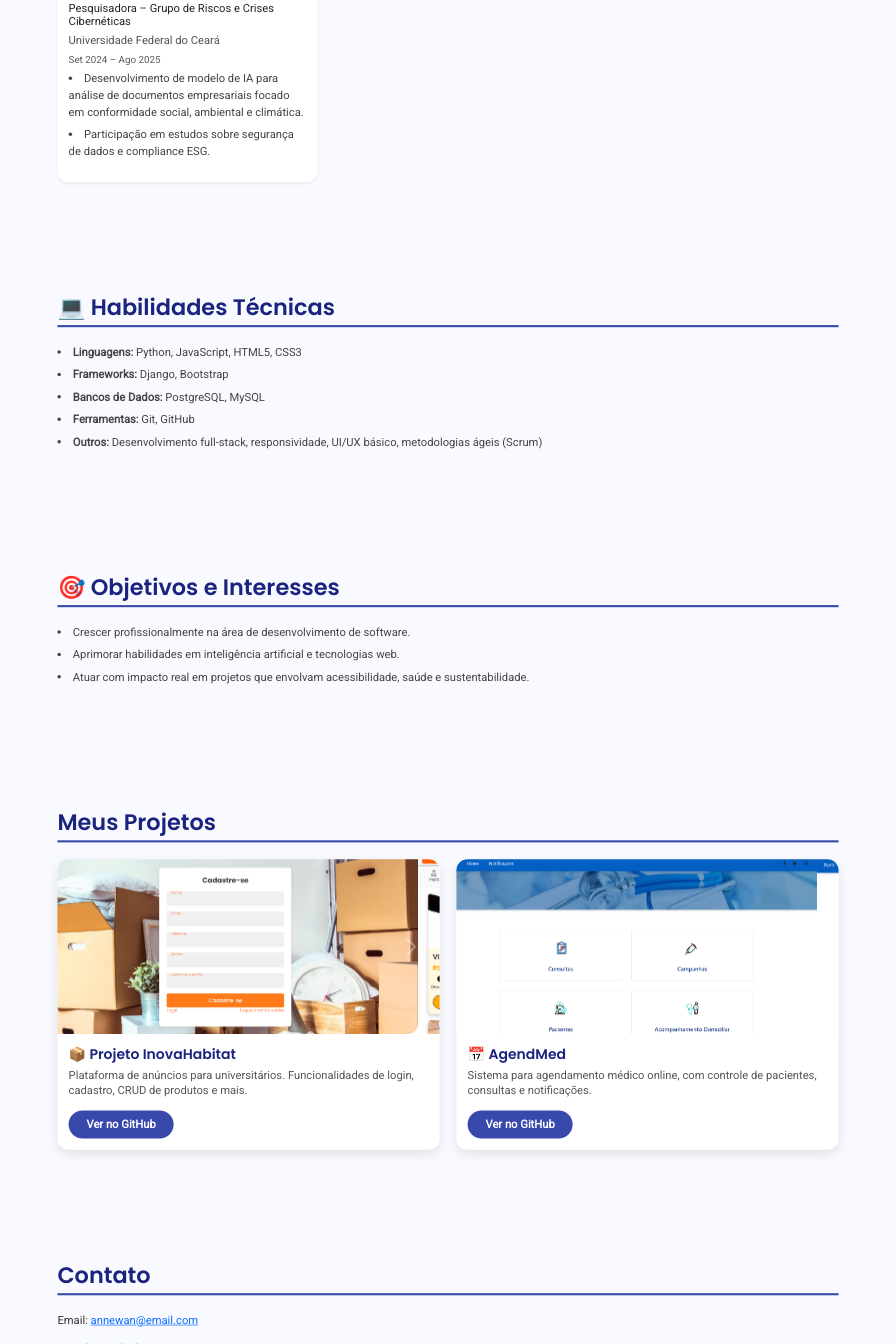
Repository: Suziane90/Portifolio
Page: index2.html
An editor plug-in stored every save of this project. The page is shown before and after the next save, followed by the edit.
The browser window is 1280 px wide. The pictures show the part of the page from y = 1068 to 2988 px (the page is 3188 px tall before and 4282 px after), at 70% of full size.

Above is the page before, as saved 2025-07-24 11:09:50.

### index2.html
<!DOCTYPE html>
<html lang="pt-br">

<head>
  <meta charset="UTF-8" />
  <meta name="viewport" content="width=device-width, initial-scale=1" />
  <title>Portfólio | Anne Wan</title>

  <!-- Bootstrap CSS -->
  <link href="https://cdn.jsdelivr.net/npm/bootstrap@5.3.0/dist/css/bootstrap.min.css" rel="stylesheet" />

  <!-- Google Fonts: Poppins e Roboto -->
  <link href="https://fonts.googleapis.com/css2?family=Poppins:wght@300;600&family=Roboto&display=swap" rel="stylesheet" />

  <style>
    /* Reset e fontes */
    body {
      font-family: 'Roboto', sans-serif;
      background: #f9faff;
      scroll-behavior: smooth;
      color: #333;
    }

    h1,
    h2,
    h3,
    h4,
    h5 {
      font-family: 'Poppins', sans-serif;
    }

    /* Navbar personalizada */
    .navbar-custom {
      background: #1a237e; /* azul escuro */
      box-shadow: 0 4px 12px rgb(26 35 126 / 0.3);
    }

    .navbar-custom .navbar-brand,
    .navbar-custom .nav-link {
      color: #ffffff;
      font-weight: 600;
    }

    .navbar-custom .nav-link:hover {
      color: #ffca28; /* amarelo suave */
    }

    /* Header */
    header {
      background: linear-gradient(135deg, #3949ab, #1a237e);
      color: #fff;
      padding: 6rem 1rem 4rem;
      text-align: center;
      box-shadow: 0 8px 25px rgb(26 35 126 / 0.4);
    }

    header h1 {
      font-size: 3.5rem;
      font-weight: 700;
      margin-bottom: 0.3rem;
    }

    header p {
      font-size: 1.25rem;
      font-weight: 400;
      letter-spacing: 1px;
      opacity: 0.85;
    }

    /* Seções */
    section {
      padding: 3rem 0 4rem;
    }

    section h2 {
      font-weight: 700;
      margin-bottom: 1.5rem;
      border-bottom: 3px solid #3949ab;
      padding-bottom: 0.4rem;
      color: #1a237e;
    }

    /* Cards dos projetos */
    .card {
      border-radius: 1rem;
      box-shadow: 0 6px 15px rgb(0 0 0 / 0.1);
      transition: transform 0.3s ease, box-shadow 0.3s ease;
      overflow: hidden;
    }

    .card:hover {
      transform: translateY(-10px);
      box-shadow: 0 15px 30px rgb(0 0 0 / 0.15);
    }

    .card-body h5 {
      font-weight: 700;
      color: #1a237e;
    }

    .card-body p {
      color: #555;
      line-height: 1.4;
    }

    .btn-primary {
      background-color: #3949ab;
      border: none;
      font-weight: 600;
      padding: 0.5rem 1.6rem;
      border-radius: 50px;
      transition: background-color 0.3s ease;
    }

    .btn-primary:hover {
      background-color: #1a237e;
    }

    /* Carousel */
    .carousel-inner img {
      border-bottom-left-radius: 1rem;
      border-bottom-right-radius: 1rem;
      height: 250px;
      object-fit: cover;
      user-select: none;
    }

    /* Listas e textos */
    ul {
      list-style: disc inside;
      padding-left: 0;
      color: #444;
    }

    ul li {
      margin-bottom: 0.5rem;
      font-size: 1rem;
    }

    /* Footer */
    footer {
      background-color: #1a237e;
      color: #eee;
      padding: 1rem 0;
      text-align: center;
      font-size: 0.9rem;
      letter-spacing: 1px;
    }

    /* Espaçamento entre seções no mobile */
    @media (max-width: 767px) {
      header h1 {
        font-size: 2.5rem;
      }

      header p {
        font-size: 1rem;
      }

      .carousel-inner img {
        height: 200px;
      }
    }
  </style>
</head>

<body>

  <!-- Navbar -->
  <nav class="navbar navbar-expand-md navbar-custom fixed-top shadow-sm">
    <div class="container">
      <a class="navbar-brand" href="#">Anne Wan</a>
      <button class="navbar-toggler" type="button" data-bs-toggle="collapse" data-bs-target="#navMenu" aria-controls="navMenu"
        aria-expanded="false" aria-label="Alternar navegação">
        <span class="navbar-toggler-icon" style="filter: invert(1);"></span>
      </button>
      <div class="collapse navbar-collapse" id="navMenu">
        <ul class="navbar-nav ms-auto gap-3">
          <li class="nav-item"><a class="nav-link" href="#sobre">Sobre</a></li>
          <li class="nav-item"><a class="nav-link" href="#experiencia">Experiência</a></li>
          <li class="nav-item"><a class="nav-link" href="#habilidades">Habilidades</a></li>
          <li class="nav-item"><a class="nav-link" href="#objetivos">Objetivos</a></li>
          <li class="nav-item"><a class="nav-link" href="#projetos">Projetos</a></li>
          <li class="nav-item"><a class="nav-link" href="#contato">Contato</a></li>
        </ul>
      </div>
    </div>
  </nav>

  <!-- Header -->
  <header>
    <div class="container">
      <h1>Anne Wan</h1>
      <p>Desenvolvedora Web | Estudante de ADS</p>
    </div>
  </header>

  <main class="container my-5">

    <!-- Sobre Mim -->
    <section id="sobre" class="mb-5">
      <h2>Sobre Mim</h2>
      <p>
        Sou estudante de Análise e Desenvolvimento de Sistemas, dedicada e sempre em busca de aprimoramento contínuo. Tenho uma forte base em desenvolvimento web full-stack, e gosto de encarar desafios com seriedade e criatividade.
      </p>
    </section>

    <!-- Experiência & Formação -->
    <section id="experiencia" class="mb-5">
      <h2>Experiência & Formação</h2>

      <div class="mb-4">
        <h5><strong>Suziane Brandão Andrade</strong></h5>
        <p>📍 Itapajé – CE | 📧 <a href="mailto:suzianebrandao980@gmail.com" class="link-primary">suzianebrandao980@gmail.com</a> | 📞 (85) 99422-3336</p>
      </div>

      <div class="col-md-4">
      <div class="card shadow-sm h-100 border-0">
        <div class="card-body">
          <h5 class="card-title fw-bold">🎓 Formação Acadêmica</h5>
          <p class="card-text mb-0"><strong>Tecnologia em Análise e Desenvolvimento de Sistemas</strong></p>
          <p class="card-text mb-0">Universidade Federal do Ceará – Campus Itapajé</p>
          <p class="card-text"><small class="text-muted">Período: Em andamento</small></p>
        </div>
      </div>
    </div>

          <!-- Experiência -->
    <div class="col-md-4">
      <div class="card shadow-sm h-100 border-0">
        <div class="card-body">
          <h5 class="card-title fw-bold"> Experiência em Projetos e Pesquisa</h5>

          <h6 class="mt-2">Pesquisadora – Grupo de Riscos e Crises Cibernéticas</h6>
          <p class="mb-1">Universidade Federal do Ceará</p>
          <p class="mb-1"><small class="text-muted">Set 2024 – Ago 2025</small></p>
          <ul>
            <li>Desenvolvimento de modelo de IA para análise de documentos empresariais focado em conformidade social, ambiental e climática.</li>
            <li>Participação em estudos sobre segurança de dados e compliance ESG.</li>
          </ul>


    </section>

    <!-- Habilidades Técnicas -->
    <section id="habilidades" class="mb-5">
      <h2>💻 Habilidades Técnicas</h2>
      <ul>
        <li><strong>Linguagens:</strong> Python, JavaScript, HTML5, CSS3</li>
        <li><strong>Frameworks:</strong> Django, Bootstrap</li>
        <li><strong>Bancos de Dados:</strong> PostgreSQL, MySQL</li>
        <li><strong>Ferramentas:</strong> Git, GitHub</li>
        <li><strong>Outros:</strong> Desenvolvimento full-stack, responsividade, UI/UX básico, metodologias ágeis (Scrum)</li>
      </ul>
    </section>

    <!-- Objetivos e Interesses -->
    <section id="objetivos" class="mb-5">
      <h2>🎯 Objetivos e Interesses</h2>
      <ul>
        <li>Crescer profissionalmente na área de desenvolvimento de software.</li>
        <li>Aprimorar habilidades em inteligência artificial e tecnologias web.</li>
        <li>Atuar com impacto real em projetos que envolvam acessibilidade, saúde e sustentabilidade.</li>
      </ul>
    </section>

    <!-- Projetos -->
    <section id="projetos" class="mb-5">
      <h2>Meus Projetos</h2>

      <div class="row gy-4">

        <!-- Projeto InovaHabitat -->
        <div class="col-md-6">
          <div class="card h-100 border-0">
            <div id="carouselInova" class="carousel slide rounded-top" data-bs-ride="carousel">
              <div class="carousel-inner">
                <div class="carousel-item active">
                  <img src="assets/Inova3.png" class="d-block w-100" alt="InovaHabitat imagem 1" />
                </div>
                <div class="carousel-item">
                  <img src="assets/inova2.png" class="d-block w-100" alt="InovaHabitat imagem 2" />
                </div>
                <div class="carousel-item">
                  <img src="assets/Inova6.png" class="d-block w-100" alt="InovaHabitat imagem 3" />
                </div>
              </div>
              <button
                class="carousel-control-prev"
                type="button"
                data-bs-target="#carouselInova"
                data-bs-slide="prev"
              >
                <span class="carousel-control-prev-icon" aria-hidden="true"></span>
                <span class="visually-hidden">Anterior</span>
              </button>
              <button
                class="carousel-control-next"
                type="button"
                data-bs-target="#carouselInova"
                data-bs-slide="next"
              >
                <span class="carousel-control-next-icon" aria-hidden="true"></span>
                <span class="visually-hidden">Próximo</span>
              </button>
            </div>
            <div class="card-body">
              <h5 class="card-title">📦 Projeto InovaHabitat</h5>
              <p class="card-text">
                Plataforma de anúncios para universitários. Funcionalidades de login, cadastro, CRUD de produtos e mais.
              </p>
              <a href="https://github.com/seuusuario/inova-habitat" target="_blank" class="btn btn-primary"
                >Ver no GitHub</a
              >
            </div>
          </div>
        </div>

        <!-- Projeto AgendMed -->
        <div class="col-md-6">
          <div class="card h-100 border-0">
            <div id="carouselAgendMed" class="carousel slide rounded-top" data-bs-ride="carousel">
              <div class="carousel-inner">
                <div class="carousel-item active">
                  <img src="assets/Agend2.png" class="d-block w-100" alt="AgendMed imagem 1" />
                </div>
                <div class="carousel-item">
                  <img src="assets/Agend3.png" class="d-block w-100" alt="AgendMed imagem 2" />
                </div>
                <div class="carousel-item">
                  <img src="assets/Agend4.png" class="d-block w-100" alt="AgendMed imagem 3" />
                </div>
              </div>
              <button
                class="carousel-control-prev"
                type="button"
                data-bs-target="#carouselAgendMed"
                data-bs-slide="prev"
              >
                <span class="carousel-control-prev-icon" aria-hidden="true"></span>
                <span class="visually-hidden">Anterior</span>
              </button>
              <button
                class="carousel-control-next"
                type="button"
                data-bs-target="#carouselAgendMed"
                data-bs-slide="next"
              >
                <span class="carousel-control-next-icon" aria-hidden="true"></span>
                <span class="visually-hidden">Próximo</span>
              </button>
            </div>
            <div class="card-body">
              <h5 class="card-title">📅 AgendMed</h5>
              <p class="card-text">
                Sistema para agendamento médico online, com controle de pacientes, consultas e notificações.
              </p>
              <a href="https://github.com/seuusuario/agendmed" target="_blank" class="btn btn-primary"
                >Ver no GitHub</a
              >
            </div>
          </div>
        </div>

      </div>
    </section>

    <!-- Contato -->
    <section id="contato" class="mb-5">
      <h2>Contato</h2>
      <p>Email: <a href="mailto:annewan@email.com" class="link-primary">annewan@email.com</a></p>
      <p>
        <a href="https://github.com/seuusuario" target="_blank" class="me-3 link-primary">GitHub</a>
        <a href="https://linkedin.com/in/seulinkedin" target="_blank" class="link-primary">LinkedIn</a>
      </p>
    </section>

  </main>

  <footer>
    <small>© 2025 Anne Wan</small>
  </footer>

  <!-- Bootstrap JS Bundle -->
  <script src="https://cdn.jsdelivr.net/npm/bootstrap@5.3.0/dist/js/bootstrap.bundle.min.js"></script>

</body>

</html>

After the next save:
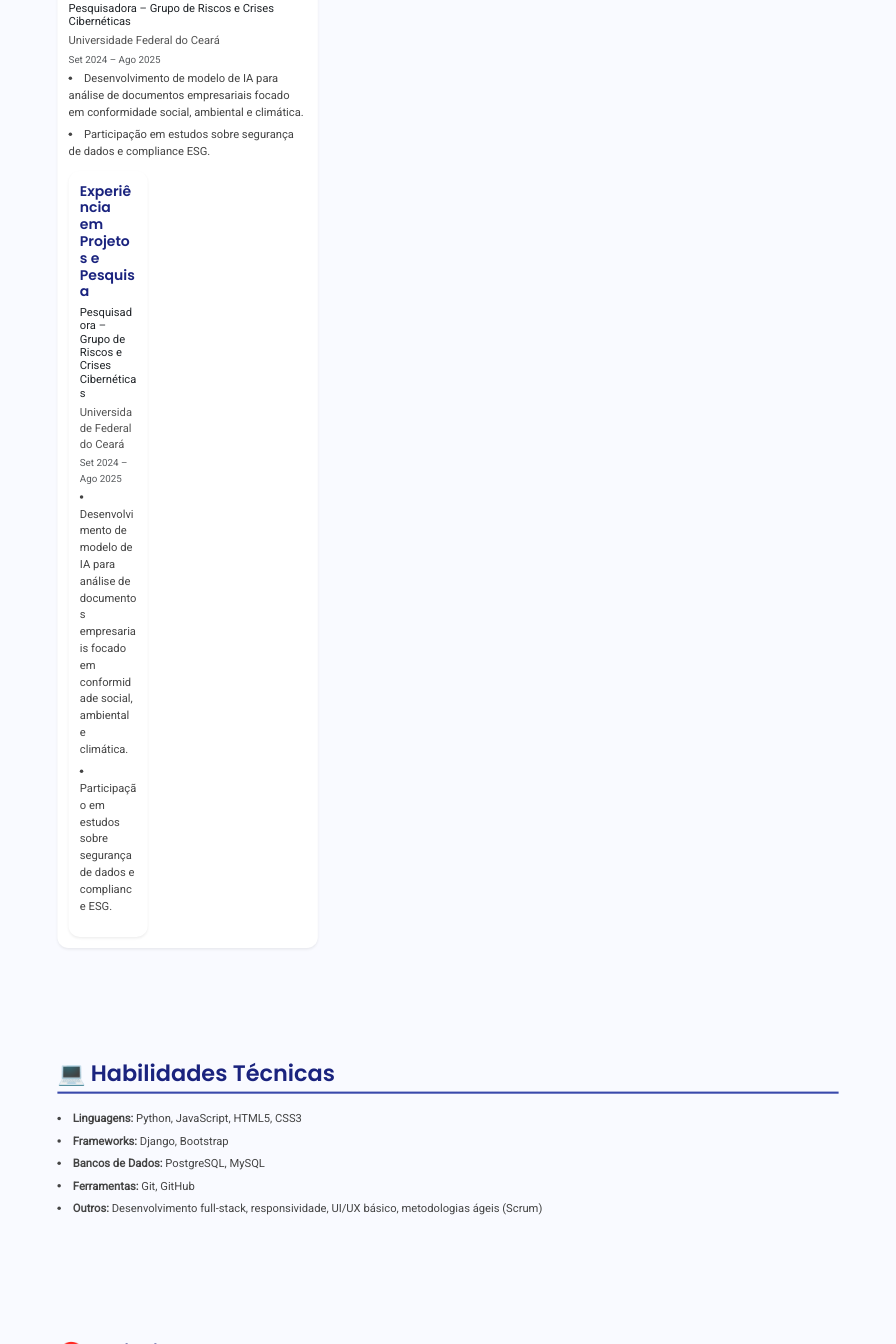
Saved 8 s later.
--- a/index2.html
+++ b/index2.html
@@ -239,6 +239,19 @@
             <li>Participação em estudos sobre segurança de dados e compliance ESG.</li>
           </ul>
 
+          <div class="col-md-4">
+      <div class="card shadow-sm h-100 border-0">
+        <div class="card-body">
+          <h5 class="card-title fw-bold"> Experiência em Projetos e Pesquisa</h5>
+
+          <h6 class="mt-2">Pesquisadora – Grupo de Riscos e Crises Cibernéticas</h6>
+          <p class="mb-1">Universidade Federal do Ceará</p>
+          <p class="mb-1"><small class="text-muted">Set 2024 – Ago 2025</small></p>
+          <ul>
+            <li>Desenvolvimento de modelo de IA para análise de documentos empresariais focado em conformidade social, ambiental e climática.</li>
+            <li>Participação em estudos sobre segurança de dados e compliance ESG.</li>
+          </ul>
+
 
     </section>
 

After the save that followed:
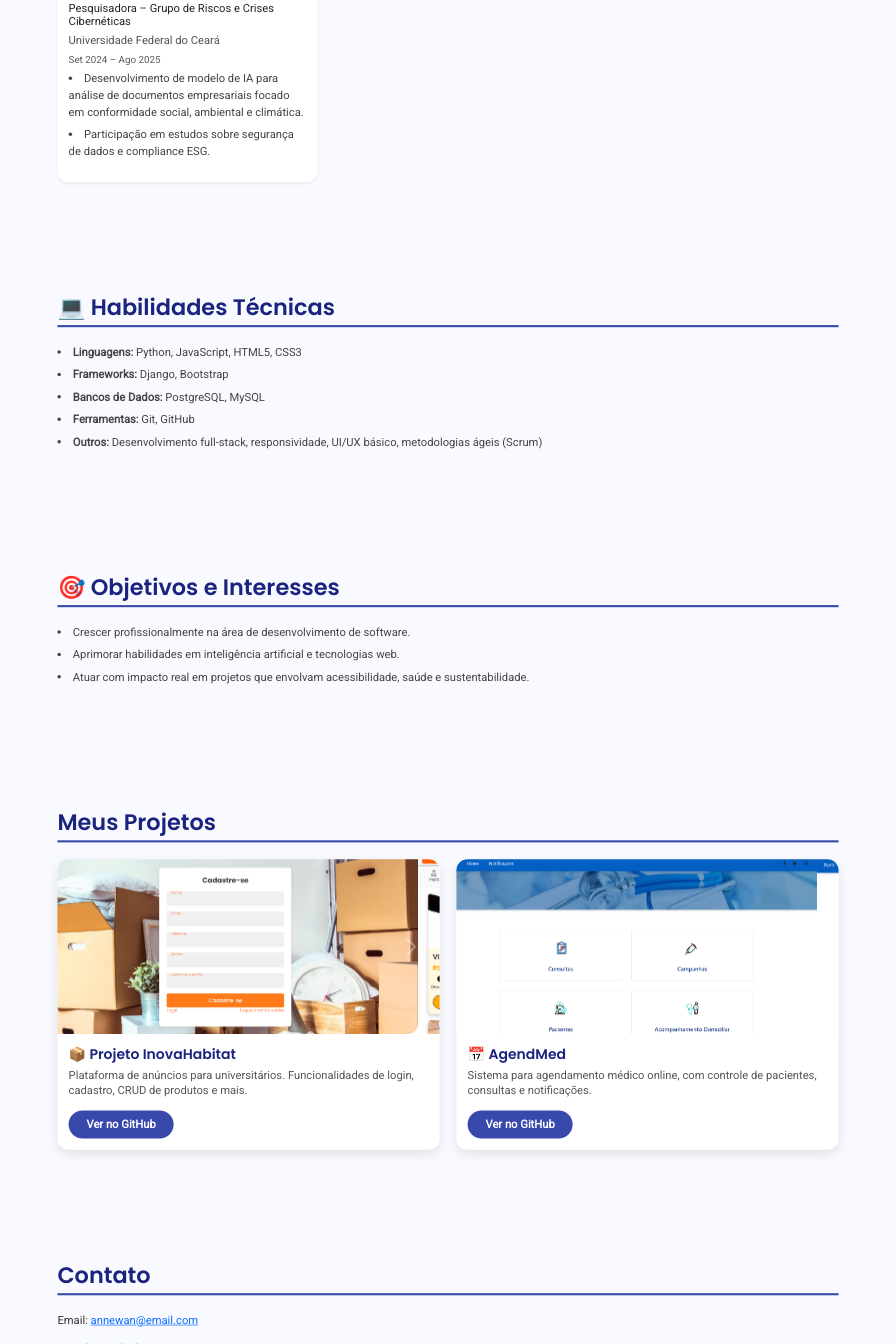
Saved 13 s later.
--- a/index2.html
+++ b/index2.html
@@ -229,20 +229,7 @@
     <div class="col-md-4">
       <div class="card shadow-sm h-100 border-0">
         <div class="card-body">
-          <h5 class="card-title fw-bold"> Experiência em Projetos e Pesquisa</h5>
-
-          <h6 class="mt-2">Pesquisadora – Grupo de Riscos e Crises Cibernéticas</h6>
-          <p class="mb-1">Universidade Federal do Ceará</p>
-          <p class="mb-1"><small class="text-muted">Set 2024 – Ago 2025</small></p>
-          <ul>
-            <li>Desenvolvimento de modelo de IA para análise de documentos empresariais focado em conformidade social, ambiental e climática.</li>
-            <li>Participação em estudos sobre segurança de dados e compliance ESG.</li>
-          </ul>
-
-          <div class="col-md-4">
-      <div class="card shadow-sm h-100 border-0">
-        <div class="card-body">
-          <h5 class="card-title fw-bold"> Experiência em Projetos e Pesquisa</h5>
+          <h5 class="card-title fw-bold">Experiência em Projetos e Pesquisa</h5>
 
           <h6 class="mt-2">Pesquisadora – Grupo de Riscos e Crises Cibernéticas</h6>
           <p class="mb-1">Universidade Federal do Ceará</p>
